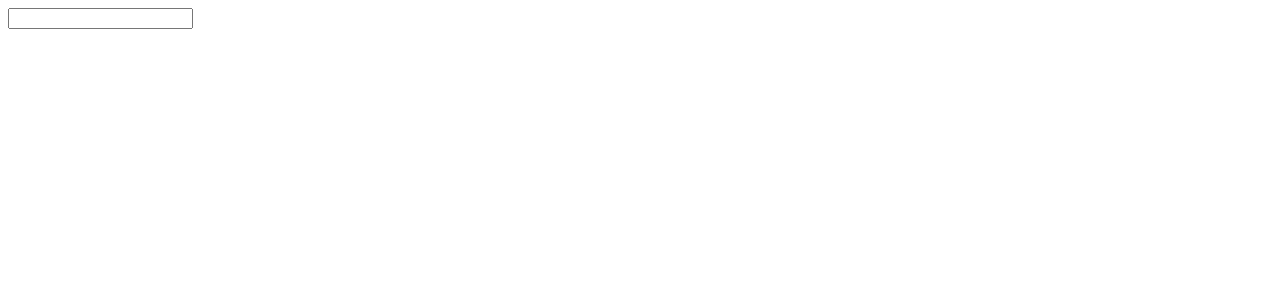
Repository: 1404413577/jsdemo
Page: javascript/数据的双向绑定.html
The author's editor kept a copy of each file at every save. The page is drawn from the files as they stood at one save, then again after the next save.
The browser window is 1280 px wide. The pictures show the whole page.

Above is the page before, as saved 2022-11-25 14:38:59.
Console error: TypeError: document.getElement is not a function

### javascript/数据的双向绑定.html
<!DOCTYPE html>
<html lang="en">
  <head>
    <meta charset="UTF-8" />
    <meta http-equiv="X-UA-Compatible" content="IE=edge" />
    <meta name="viewport" content="width=device-width, initial-scale=1.0" />
    <title>Document</title>
  </head>
  <body>
    <div>
      <input type="text" id="ipt" value="" oninput="changeData(this.value)" />
      <h2 id="title"></h2>
    </div>
  </body>
  <script>
    let ipt = document.getElementById("ipt");
    let title = document.getElement("title");

    let data = {};
    Object.defineProperty(data, "msg", {
      get: function () {
        return "你好世界";
      },
      set: function () {},
    });

    title.innerHTML = data.msg;
    ipt.value = data.msg;

  </script>
</html>

After the next save:
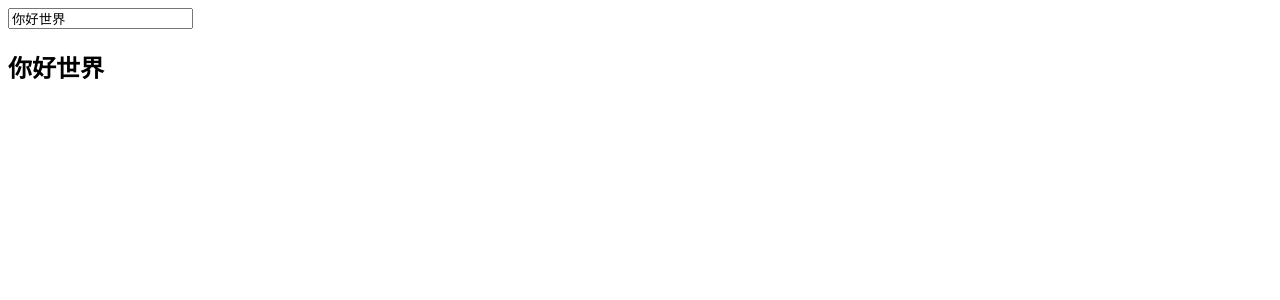
The error is gone.
Saved 31 s later.
--- a/javascript/数据的双向绑定.html
+++ b/javascript/数据的双向绑定.html
@@ -14,7 +14,7 @@
   </body>
   <script>
     let ipt = document.getElementById("ipt");
-    let title = document.getElement("title");
+    let title = document.getElementById("title");
 
     let data = {};
     Object.defineProperty(data, "msg", {
